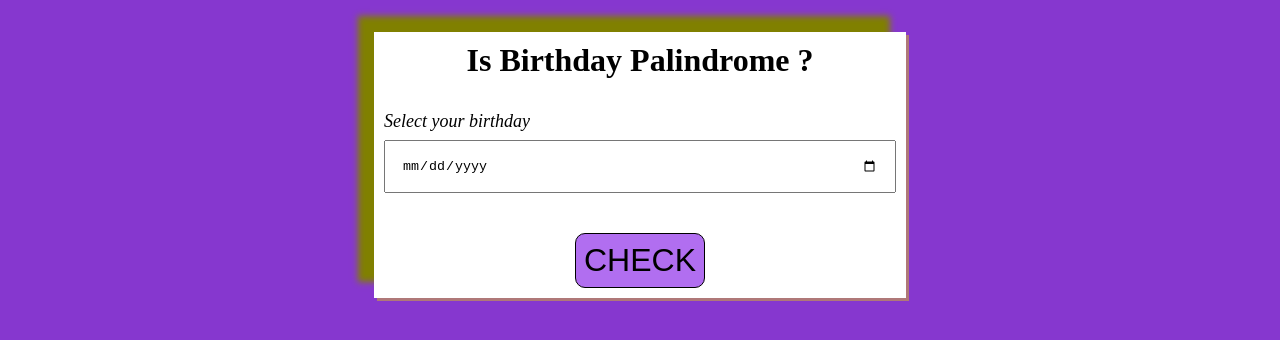
Repository: patelamancode/Palindrome-Birthday
Page: index.html
These files come from the project's save history. The page is drawn as it stood at one moment and after the next save; the edit follows.
The browser window is 1280 px wide. The pictures show the whole page.

Above is the page before, as saved 2022-12-02 20:01:25.

After the next save:
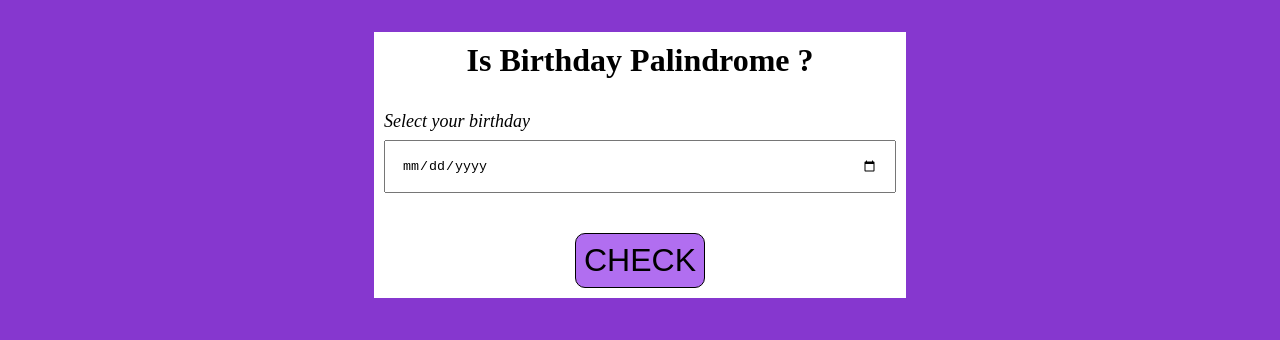
Saved 13 s later.
--- a/index.css
+++ b/index.css
@@ -15,7 +15,7 @@
     margin-top: 2rem;
     padding: 10px;
     text-align: center;
-    box-shadow: 3px 3px rgb(175, 120, 120), -1em -1em .4em olive;
+    box-shadow: 3px 3px rgb(175, 120, 120), -1em -1em -1em olive;
   }
 
   .app-title {
